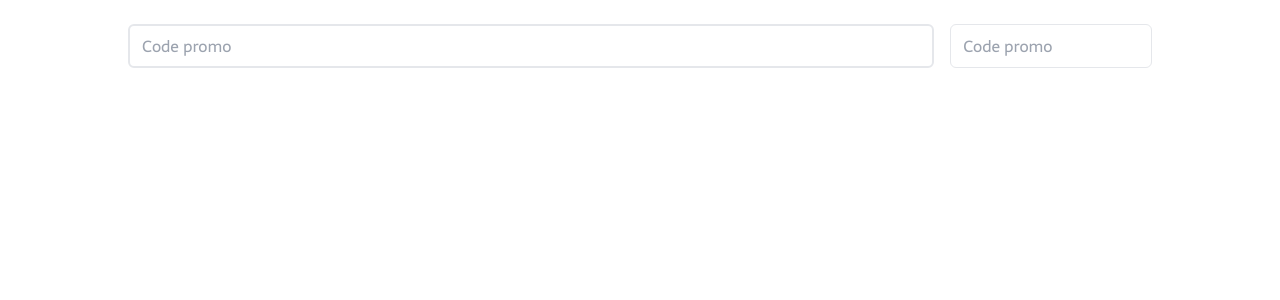
Repository: darlino/gotyu_shopify_section
Page: reduction_input210223/index.html
An editor plug-in stored every save of this project. The page is shown before and after the next save, followed by the edit.
The browser window is 1280 px wide. The pictures show the whole page.
Some web libraries are served in a nearby version.

Above is the page before, as saved 2023-02-21 21:50:31.

### reduction_input210223/index.html
<!DOCTYPE html>
<html lang="en">
  <head>
    <meta charset="UTF-8" />
    <meta http-equiv="X-UA-Compatible" content="IE=edge" />
    <meta name="viewport" content="width=device-width, initial-scale=1.0" />
    <title>Document</title>
    <link rel="preconnect" href="https://fonts.googleapis.com" />
    <link rel="preconnect" href="https://fonts.gstatic.com" crossorigin />
    <link
      href="https://fonts.googleapis.com/css2?family=Sarala&display=swap"
      rel="stylesheet"
    />
    <link rel="stylesheet" href="style.css" />
    <script src="https://cdn.tailwindcss.com"></script>
  </head>
  <body>
    <section id="reduction210223">
      <div class="max-w-[1300px] h-auto flex flex-col mx-auto">
        <div
          class="flex flex-col lg:px-32 px-8 py-6 justify-center items-center"
        >
          <div class="flex flex-row justify-between space-x-4 w-full">
            <input
              type="text"
              class="px-3 w-4/5 py-2 border outline-none border-2 rounded-md"
              placeholder="Code promo"
            />
            <input
              type="text"
              class="px-3 w-1/5 py-2 border border-1-slate-100 rounded-md"
              placeholder="Code promo"
            />
          </div>
        </div>
      </div>
    </section>
  </body>
</html>

### reduction_input210223/style.css
* {
  margin: 0;
  padding: 0;
  font-family: "Sarala", sans-serif;
}

After the next save:
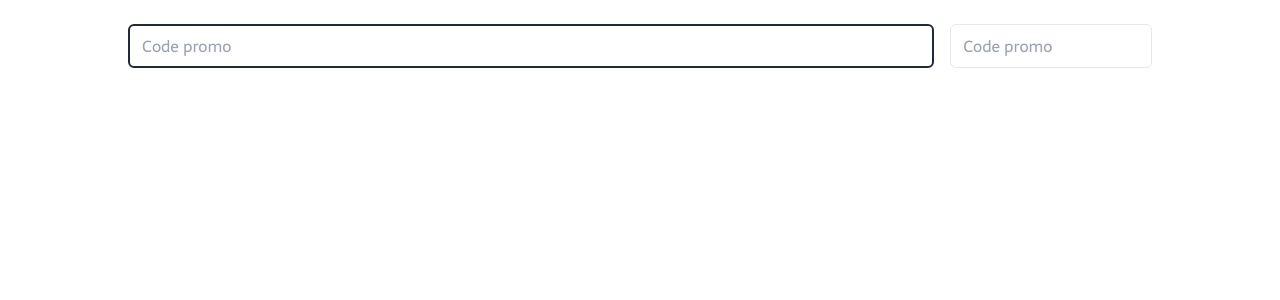
Saved 14 s later.
--- a/reduction_input210223/index.html
+++ b/reduction_input210223/index.html
@@ -23,7 +23,7 @@
           <div class="flex flex-row justify-between space-x-4 w-full">
             <input
               type="text"
-              class="px-3 w-4/5 py-2 border outline-none border-2 rounded-md"
+              class="px-3 w-4/5 py-2 border outline-none border-2 border-gray-800 rounded-md"
               placeholder="Code promo"
             />
             <input
